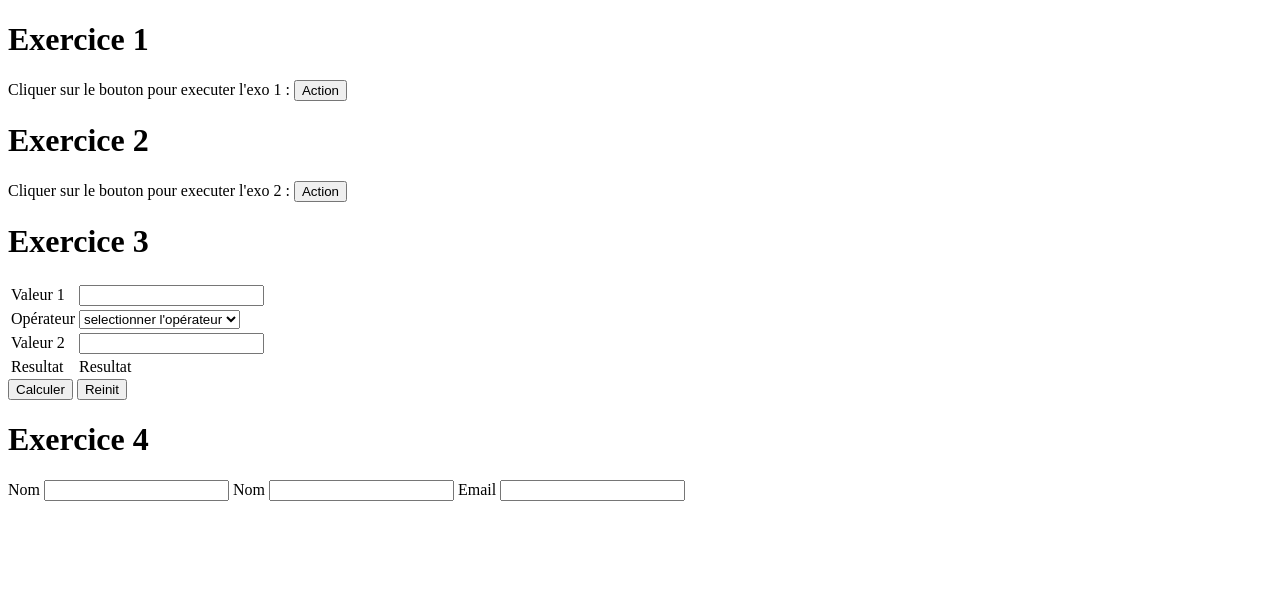
Repository: AgatheLM/formation_js
Page: insee-travaux-js/insee-client-js/exo1.html
The author's editor kept a copy of each file at every save. The page is drawn from the files as they stood at one save, then again after the next save.
The browser window is 1280 px wide. The pictures show the whole page.

Above is the page before, as saved 2018-01-24 13:31:17.

After the next save:
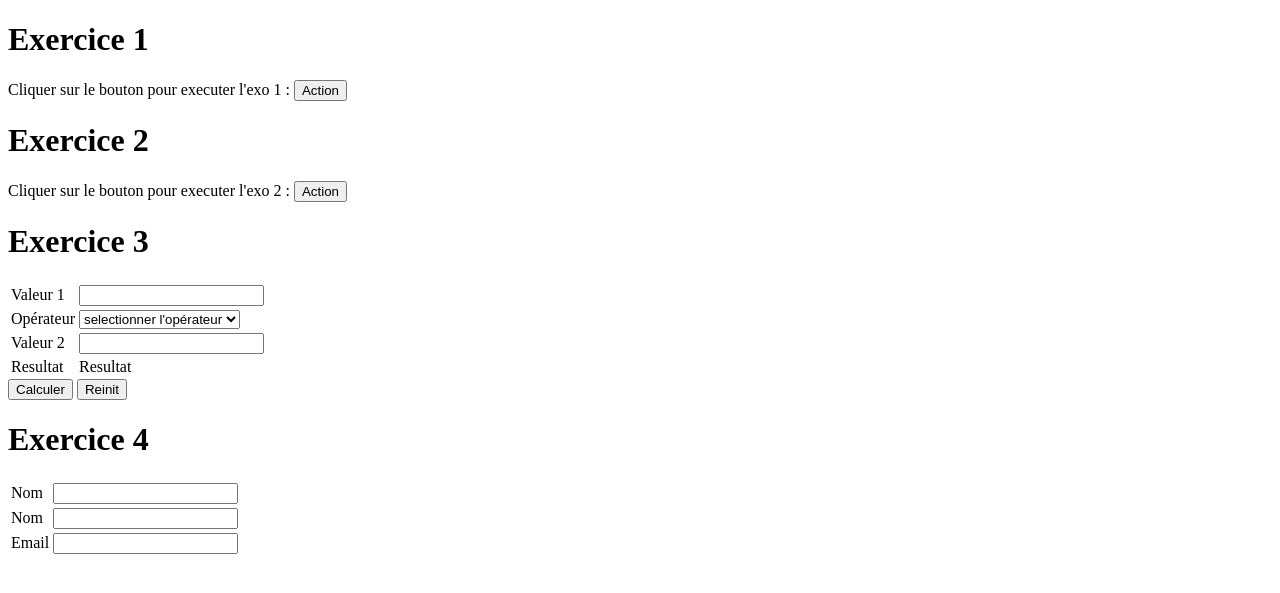
Saved 4 s later.
--- a/insee-travaux-js/insee-client-js/exo1.html
+++ b/insee-travaux-js/insee-client-js/exo1.html
@@ -53,7 +53,7 @@
 	<h1>Exercice 4</h1>
 
 	<form>
-		<table></table>
+		<table>
 		<tr>
 			<!-- Un champ « nom » : Ce champ doit être obligatoire -->
 			<td><label for="nom"> Nom </label></td>
